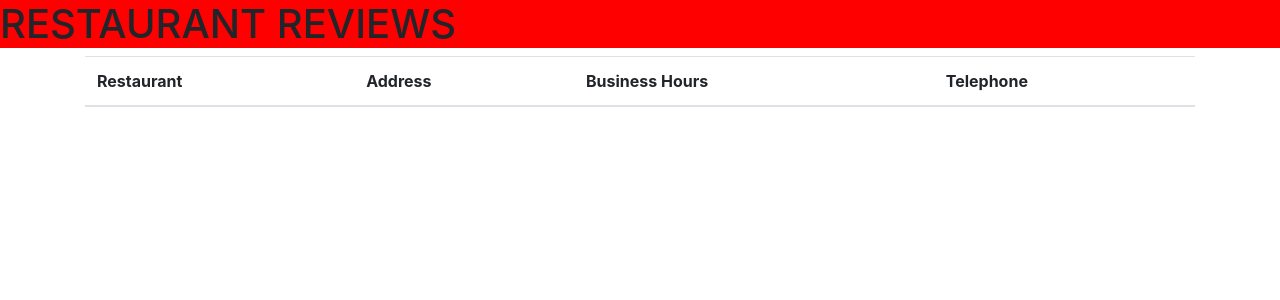
Repository: amcali/project-3
Page: http://localhost/
The author's editor kept a record of every edit. The page is drawn from the files as they stood at one moment, then again after the next edit.
The browser window is 1280 px wide. The pictures show the whole page.
The page is served by the project's application, run on Flask 3 (app.py).

Above is the page before.

### templates/index.template.html
{%extends "layout.template.html"%}

{% block title %}RESTAURANT REVIEWS{% endblock %}



{%block content%}
        <table class='table'>
            <thead>
                <tr>
                    <th>Restaurant</th>

                    <th>Address</th>

                    <th>Business Hours</th>

                    <th>Telephone</th>
                </tr>
            </thead>
            {% for each_result in results %}
            <tr>
                <td>
                    {{ each_result["name"] }}
                </td>
                <td>
                    {{ each_result["address"]["country"] }}
                </td>
                <td>
                    {% for each_amentity in each_result['amenities'] %}
                    <span>{{each_amentity }}</span>,
                    {%endfor%}
                </td>
            </tr>
            {%endfor%}
        </table>
{%endblock%}

### templates/layout.template.html
<!doctype html>
<html lang="en">
  <head>
    <!-- Required meta tags -->
    <meta charset="utf-8">
    <meta name="viewport" content="width=device-width, initial-scale=1, shrink-to-fit=no">

    <!-- Bootstrap CSS -->
    <link rel="stylesheet" href="https://stackpath.bootstrapcdn.com/bootstrap/4.3.1/css/bootstrap.min.css" integrity="sha384-ggOyR0iXCbMQv3Xipma34MD+dH/1fQ784/j6cY/iJTQUOhcWr7x9JvoRxT2MZw1T" crossorigin="anonymous">

    <!-- CSS -->
    <link rel="stylesheet" href="static/styles.css" type="text/css">

    <title>Hello, world!</title>
  </head>
  <body>
    <h1>{% block title %}{% endblock %}</h1>

    <div class="container">

    	{% with messages = get_flashed_messages() %}
    	  {% if messages %}
    	    {% for message in messages %}
    		  <div class="alert alert-success">
    		  <ul>
      			<li>{{message}}</li>
    		  </div>
      		{% endfor %}
      	  {% endif %}
    	{% endwith %}

        {%block content%}{%endblock%}
    </div>
    <!-- Optional JavaScript -->
    <!-- jQuery first, then Popper.js, then Bootstrap JS -->
    <script src="https://code.jquery.com/jquery-3.3.1.slim.min.js" integrity="sha384-q8i/X+965DzO0rT7abK41JStQIAqVgRVzpbzo5smXKp4YfRvH+8abtTE1Pi6jizo" crossorigin="anonymous"></script>
    <script src="https://cdnjs.cloudflare.com/ajax/libs/popper.js/1.14.7/umd/popper.min.js" integrity="sha384-UO2eT0CpHqdSJQ6hJty5KVphtPhzWj9WO1clHTMGa3JDZwrnQq4sF86dIHNDz0W1" crossorigin="anonymous"></script>
    <script src="https://stackpath.bootstrapcdn.com/bootstrap/4.3.1/js/bootstrap.min.js" integrity="sha384-JjSmVgyd0p3pXB1rRibZUAYoIIy6OrQ6VrjIEaFf/nJGzIxFDsf4x0xIM+B07jRM" crossorigin="anonymous"></script>
  </body>
</html>

### app.py
from flask import Flask, render_template, request, redirect, url_for
import pymongo
import os

app = Flask(__name__)

# Flask Routes Begin Here
@app.route('/')
def home():
    return render_template('index.template.html')

@app.route('/restaurants')
def restaurants():
    return render_template('restaurants.template.html')

@app.route('/add_restaurant')
def add_restaurant():
    return render_template('add-restaurant.template.html')


# 1. Retrieve the environment variables
MONGO_URI = os.getenv('MONGO_URI')
DATABASE_NAME = 'restaurant_reviews'

# 2. Create the connection
conn = pymongo.MongoClient(MONGO_URI)

# 3. Query
# doc = conn[DATABASE_NAME]["listingsAndReviews"].find({
#     'address.country':'Canada'
# }).limit(10)

# for d in doc:
#     print("Name:", d['name'])
#     print("Price: $", d['price'])
#     print('-------')

# "magic code" -- boilerplate
if __name__ == '__main__':
   app.run(host=os.environ.get('IP'),
           port=int(os.environ.get('PORT')),
           debug=True)

### static/styles.css
body,html{
    height:100%;
}

h1{
    background-color:red;
}

After the next edit:
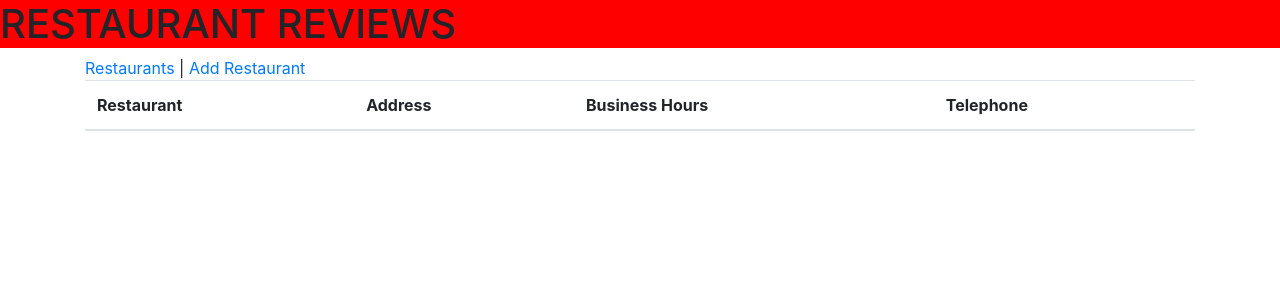
The edit:
--- a/templates/index.template.html
+++ b/templates/index.template.html
@@ -5,6 +5,10 @@
 
 
 {%block content%}
+
+    <a href ="/restaurants">Restaurants</a> |
+    <a href ="/add_restaurant">Add Restaurant</a>
+
         <table class='table'>
             <thead>
                 <tr>
